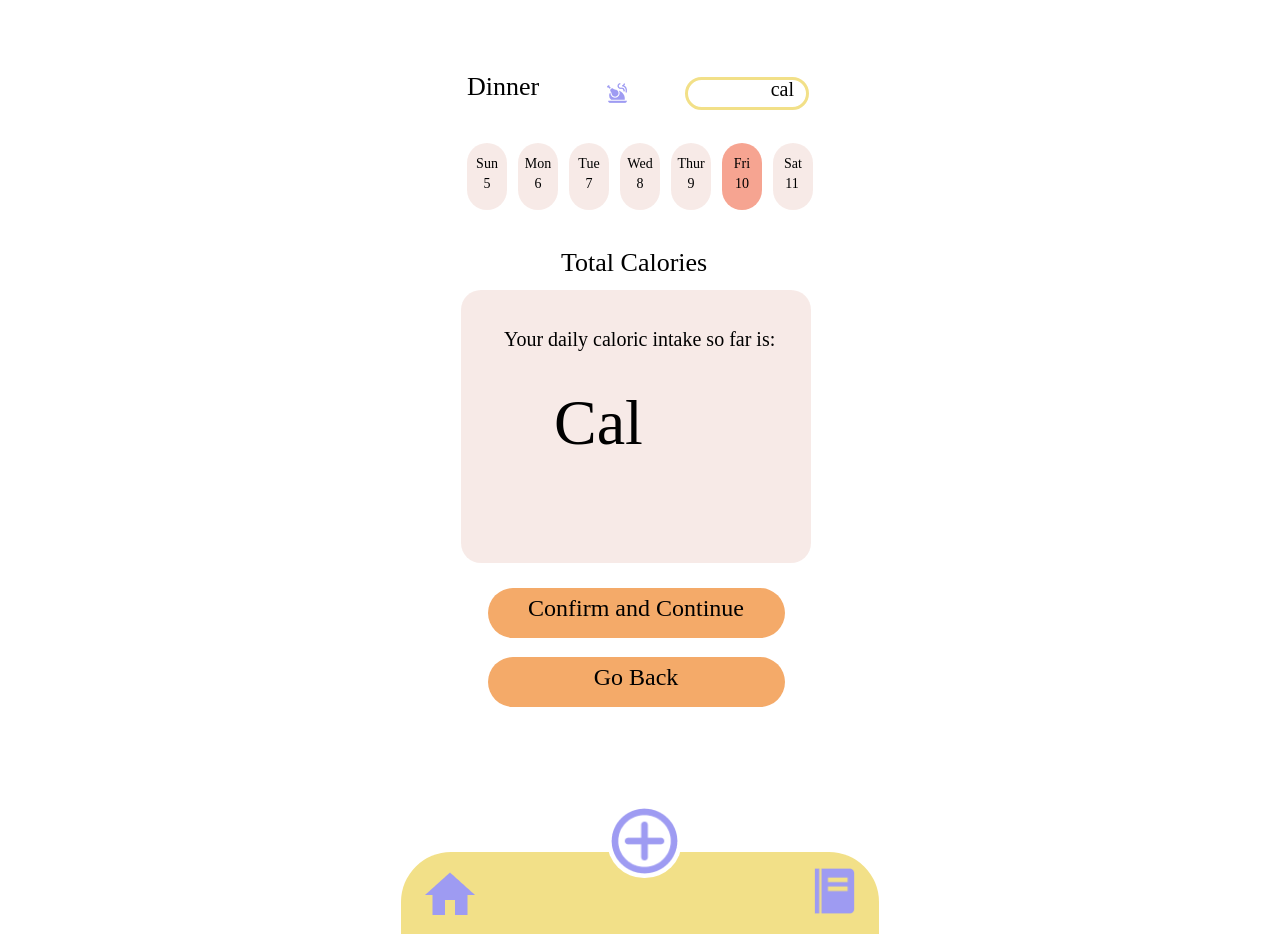
Repository: MeowCeline00/G5-Calorie-Tracker
Page: DinnerCalCounter/index.html
An editor plug-in stored every save of this project. The page is shown before and after the next save, followed by the edit.
The browser window is 1280 px wide. The pictures show the whole page.

Above is the page before, as saved 2024-05-26 06:09:24.

### DinnerCalCounter/index.html
<!DOCTYPE html>
<html>
<head>
  	<meta charset="utf-8">
  	<meta name="viewport" content="initial-scale=1, width=device-width">

  	<link rel="stylesheet" href="./global.css" />
  	<link rel="stylesheet"  href="./index.css" />

</head>
<body>
	<div class="pageContainer">
		<div class="pageInnerContainer">
			<!-- <div class="add-page-container"> -->
  	<div class="add-page">
    		<div class="add-page-child">
    		</div>
    		<div class="add-page-item">
    		</div>
    		<div class="add-page-inner">
    		</div>
    		<div class="rectangle-div">
    		</div>
    		<div class="add-page-child1">
    		</div>
    		<div class="add-page-child2">
    		</div>
    		<div class="add-page-child3">
    		</div>
    		<div class="add-page-child4">
    		</div>

    		<div class="total-calories">Total Calories</div>
    		<div class="breakfast">Dinner</div>
    		<div class="div">5</div>
    		<div class="sun">Sun</div>
    		<div class="mon">Mon</div>
    		<div class="tue">Tue</div>
    		<div class="wed">Wed</div>
    		<div class="thur">Thur</div>
    		<div class="fri">Fri</div>
    		<div class="sat">Sat</div>
    		<div class="div1">6</div>
    		<div class="div2">7</div>
    		<div class="div3">8</div>
    		<div class="div4">9</div>
    		<div class="div5">10</div>
    		<div class="div6">11</div>
    		<div class="add-page-child5">
    		</div>
    		<div class="add-page-child6">
    		</div>
    		<div class="confirm-and-continue">Confirm and Continue</div>
    		<div class="go-back">Go Back</div>
    		<div class="add-page-child7">
    		</div>
    		<div class="cal">cal</div>
    		<img class="fluent-mdl2breakfast-icon" alt="diner" src="/Images/mdi_dinner.png">

    		<div class="add-page-child8">
    		</div>
    		<div class="your-daily-caloric">Your daily caloric intake so far is:</div>
    		<div class="cal1">
      			<span></span>
      			<span class="cal2">Cal</span>
			</div>
			</div>

	  <div class="navBarContainer">
		<div class="navBar"
		<a href="/index.html"><img class="image1" src="/Images/Vector.png "></a>
		<a href="/index.html"><img class="image02"src="/Images/vector02.png "></a>
		<a href="/index.html"><img class="image03" src="/Images/Vector1.png"></a>
		</div>
	</div>
</div>
</div>




</body>
</html>

### DinnerCalCounter/global.css

body {
    margin: 0;
    line-height: normal;
}


:root {

    /* fonts */
    --body-20-medium: Catamaran;
    --heading-26-regular: Saira;

    /* font sizes */
    --body-20-medium-size: 20px;
    --font-size-sm: 14px;
    --heading-26-regular-size: 26px;
    --body-24-regular-size: 24px;

    /* Colors */
    --purple: #9e9bf2;
    --yellow: #f2e088;
    --color-black: #000;
    --lighter-nav-bar: rgba(247, 232, 229, 0.9);
    --color-sandybrown: rgba(242, 149, 68, 0.8);

    /* Border radiuses */
    --br-xl: 20px;
    --br-17xl: 36px;

}

### DinnerCalCounter/index.css
.add-page-child {
    position: absolute;
    top: 582px;
    left: 0px;
    width: 393px;
    height: 55px;
}
.add-page-item {
    position: absolute;
    top: 143px;
    left: 26px;
    border-radius: var(--br-xl);
    background-color: var(--lighter-nav-bar);
    width: 40px;
    height: 67px;
}
.add-page-inner {
    position: absolute;
    top: 143px;
    left: 77px;
    border-radius: var(--br-xl);
    background-color: var(--lighter-nav-bar);
    width: 40px;
    height: 67px;
}
.rectangle-div {
    position: absolute;
    top: 143px;
    left: 128px;
    border-radius: var(--br-xl);
    background-color: var(--lighter-nav-bar);
    width: 40px;
    height: 67px;
}
.add-page-child1 {
    position: absolute;
    top: 143px;
    left: 179px;
    border-radius: var(--br-xl);
    background-color: var(--lighter-nav-bar);
    width: 40px;
    height: 67px;
}
.add-page-child2 {
    position: absolute;
    top: 143px;
    left: 230px;
    border-radius: var(--br-xl);
    background-color: var(--lighter-nav-bar);
    width: 40px;
    height: 67px;
}
.add-page-child3 {
    position: absolute;
    top: 143px;
    left: 281px;
    border-radius: var(--br-xl);
    background-color: rgba(242, 126, 99, 0.7);
    width: 40px;
    height: 67px;
}
.add-page-child4 {
    position: absolute;
    top: 143px;
    left: 332px;
    border-radius: var(--br-xl);
    background-color: var(--lighter-nav-bar);
    width: 40px;
    height: 67px;
}
.nav-bar-icon {
    position: absolute;
    top: 726px;
    left: 0px;
    width: 393px;
    height: 126px;
}
.total-calories {
    position: absolute;
    top: 248px;
    left: 120px;
    font-size: var(--heading-26-regular-size);
    font-weight: 500;
    font-family: var(--heading-26-regular);
    text-align: left;
    display: inline-block;
    width: 163px;
    height: 42px;
}
.breakfast {
    position: absolute;
    top: 72px;
    left: 26px;
    font-size: var(--heading-26-regular-size);
    font-weight: 500;
    font-family: var(--heading-26-regular);
    text-align: left;
    display: inline-block;
    width: 130px;
    height: 42px;
}
.div {
    position: absolute;
    top: 176px;
    left: 26px;
    display: inline-block;
    width: 40px;
    height: 42px;
}
.sun {
    position: absolute;
    top: 156px;
    left: 26px;
    display: inline-block;
    width: 40px;
    height: 20px;
}
.mon {
    position: absolute;
    top: 156px;
    left: 77px;
    display: inline-block;
    width: 40px;
    height: 20px;
}
.tue {
    position: absolute;
    top: 156px;
    left: 128px;
    display: inline-block;
    width: 40px;
    height: 20px;
}
.wed {
    position: absolute;
    top: 156px;
    left: 179px;
    display: inline-block;
    width: 40px;
    height: 20px;
}
.thur {
    position: absolute;
    top: 156px;
    left: 230px;
    display: inline-block;
    width: 40px;
    height: 20px;
}
.fri {
    position: absolute;
    top: 156px;
    left: 281px;
    display: inline-block;
    width: 40px;
    height: 20px;
}
.sat {
    position: absolute;
    top: 156px;
    left: 332px;
    display: inline-block;
    width: 40px;
    height: 20px;
}
.div1 {
    position: absolute;
    top: 176px;
    left: 77px;
    display: inline-block;
    width: 40px;
    height: 42px;
}
.div2 {
    position: absolute;
    top: 176px;
    left: 128px;
    display: inline-block;
    width: 40px;
    height: 42px;
}
.div3 {
    position: absolute;
    top: 176px;
    left: 179px;
    display: inline-block;
    width: 40px;
    height: 42px;
}
.div4 {
    position: absolute;
    top: 176px;
    left: 230px;
    display: inline-block;
    width: 40px;
    height: 42px;
}
.div5 {
    position: absolute;
    top: 176px;
    left: 281px;
    display: inline-block;
    width: 40px;
    height: 42px;
}
.div6 {
    position: absolute;
    top: 176px;
    left: 332px;
    display: inline-block;
    width: 38px;
    height: 42px;
}
.add-page-child5 {
    position: absolute;
    top: 588px;
    left: 47px;
    border-radius: var(--br-17xl);
    background-color: var(--color-sandybrown);
    width: 297px;
    height: 50px;
}
.add-page-child6 {
    position: absolute;
    top: 657px;
    left: 47px;
    border-radius: var(--br-17xl);
    background-color: var(--color-sandybrown);
    width: 297px;
    height: 50px;
}
.confirm-and-continue {
    position: absolute;
    top: 595px;
    left: 80px;
    font-size: var(--body-24-regular-size);
    display: inline-block;
    width: 230px;
    height: 42px;
}
.go-back {
    position: absolute;
    top: 664px;
    left: 80px;
    font-size: var(--body-24-regular-size);
    display: inline-block;
    width: 230px;
    height: 42px;
    cursor: pointer;
    text-decoration: none;
}
.add-page-child7 {
    position: absolute;
    top: 77px;
    left: 244px;
    border-radius: var(--br-xl);
    background-color: #fff;
    border: 3px solid var(--yellow);
    box-sizing: border-box;
    width: 124px;
    height: 33px;
}
.cal {
    position: absolute;
    top: 78px;
    left: 313px;
    font-size: var(--body-20-medium-size);
    font-weight: 500;
    color: var(--color-cornflowerblue);
    text-align: right;
    display: inline-block;
    width: 40px;
    height: 23px;
}
.fluent-mdl2breakfast-icon {
    position: absolute;
    top: 81px;
    left: 164px;
    width: 25px;
    height: 25px;
}
.add-page-child8 {
    position: absolute;
    top: 290px;
    left: 20px;
    border-radius: var(--br-xl);
    background-color: var(--lighter-nav-bar);
    width: 350px;
    height: 273px;
}
.your-daily-caloric {
    position: absolute;
    top: 328px;
    left: 63px;
    font-size: var(--body-20-medium-size);
}
.cal2 {
    color: var(--color-cornflowerblue);
}
.cal1 {
    position: absolute;
    top: 386px;
    left: 113px;
    font-size: 64px;
    text-align: right;
}
.add-page {
    width: 100%;
    position: relative;
    background-color: rgba(255, 255, 255, 0.92);
    height: 852px;
    overflow: hidden;
    text-align: center;
    font-size: var(--font-size-sm);
    color: var(--color-black);
    font-family: var(--body-20-medium);
    left: 40px;
}


.navBar {
    background-color: #F2E088;
    width: 430px;
    height: 50px;
    display: flex;
    flex-direction: row;
    justify-content: space-between;
    align-items: center;
    padding-left: 1.5em;
    padding-right: 1.5em;
    padding-top: 1em;
    padding-bottom: 1em;
    border-top-left-radius: 50px;
    border-top-right-radius: 50px;
}

.image1 {
    width: 50px;
    height: 42.5;
}
.image02 {
    position: relative;
    width: 66.67px;
    height: 66.67px;
    background-color: #fff;
    padding:0.25em ;
    border-radius: 360px;
    top: -50px;
}

.image03 {
    width: 41.25px;
    height: 45.58;
}

.navBar a {
    padding: 0em;
    margin: 0em;
}

.pageContainer {
    display: flex;

    flex-direction: column;
    align-items: center;


}
.pageInnerContainer {
    display: flex;
    flex-direction: column;
    align-items: center;
    justify-content: center;

}

.add-page-container {
    display: flex;
    justify-content: center;
    flex-direction: column;
}

After the next save:
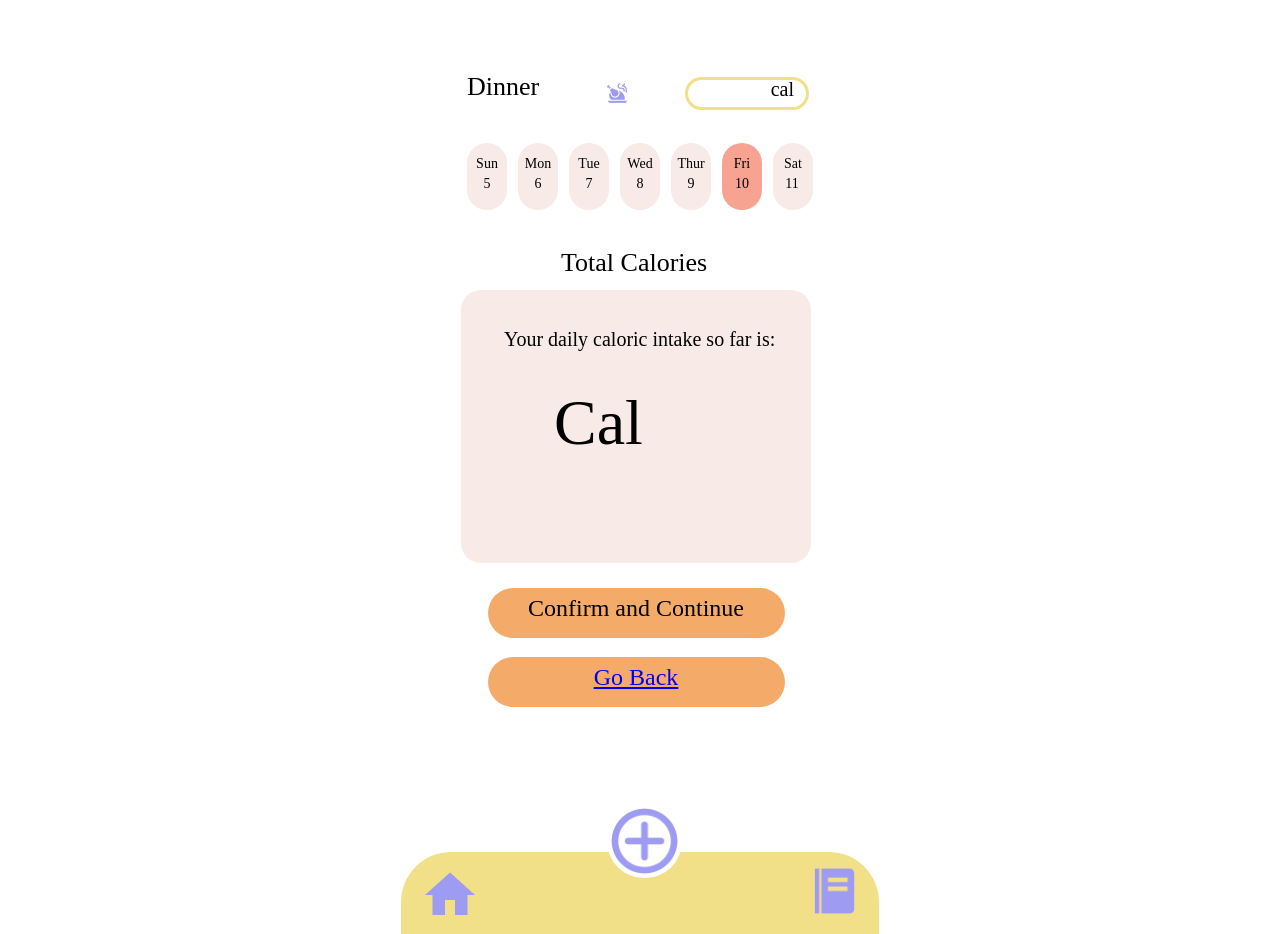
Saved 13 s later.
--- a/DinnerCalCounter/index.html
+++ b/DinnerCalCounter/index.html
@@ -51,8 +51,7 @@
     		<div class="add-page-child6">
     		</div>
     		<div class="confirm-and-continue">Confirm and Continue</div>
-    		<div class="go-back">Go Back</div>
-    		<div class="add-page-child7">
+			<div  class="go-back"><a href="/lunchAddPage/index.html">Go Back</a></div>    		<div class="add-page-child7">
     		</div>
     		<div class="cal">cal</div>
     		<img class="fluent-mdl2breakfast-icon" alt="diner" src="/Images/mdi_dinner.png">
